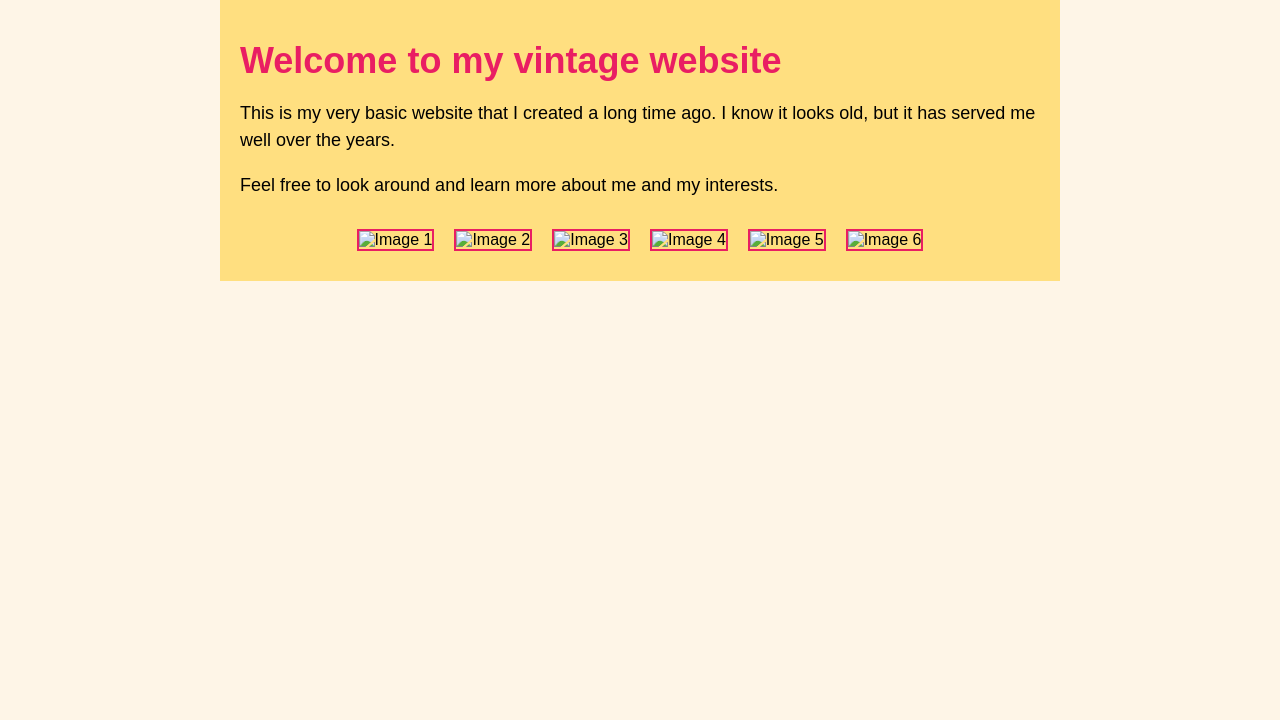
Repository: RennarDeer/RenDev
Page: index.html
An editor plug-in stored every save of this project. The page is shown before and after the next save, followed by the edit.
The browser window is 1280 px wide. The pictures show the whole page.

Above is the page before, as saved 2023-02-14 19:26:15.
Not found: placeholder-image.jpg

### index.html
<!DOCTYPE html>
<html>
<head>
	<title>My Vintage Website</title>
	<link rel="stylesheet" type="text/css" href="style.css">
</head>
<body>
	<div id="container">
		<div id="content">
			<h1>Welcome to my vintage website</h1>
			<p>This is my very basic website that I created a long time ago. I know it looks old, but it has served me well over the years.</p>
			<p>Feel free to look around and learn more about me and my interests.</p>
			<div class="image-gallery">
				<img src="placeholder-image.jpg" alt="Image 1">
				<img src="placeholder-image.jpg" alt="Image 2">
				<img src="placeholder-image.jpg" alt="Image 3">
				<img src="placeholder-image.jpg" alt="Image 4">
				<img src="placeholder-image.jpg" alt="Image 5">
				<img src="placeholder-image.jpg" alt="Image 6">
			</div>
		</div>
	</div>
</body>
</html>

### style.css
body {
	background-color: #fef5e7;
	font-family: Arial, sans-serif;
	margin: 0;
	padding: 0;
}

#container {
	margin: 0 auto;
	max-width: 800px;
	padding: 20px;
	background-color: #ffdf80;
}

#content {
	margin-top: 20px;
}

h1 {
	font-size: 36px;
	color: #e91e63;
	margin: 0;
}

p {
	font-size: 18px;
	line-height: 1.5;
}

.image-gallery {
	display: flex;
	flex-wrap: wrap;
	justify-content: center;
	margin-top: 20px;
}

.image-gallery img {
	margin: 10px;
	max-width: 300px;
	height: auto;
	border: 2px solid #e91e63;
}

After the next save:
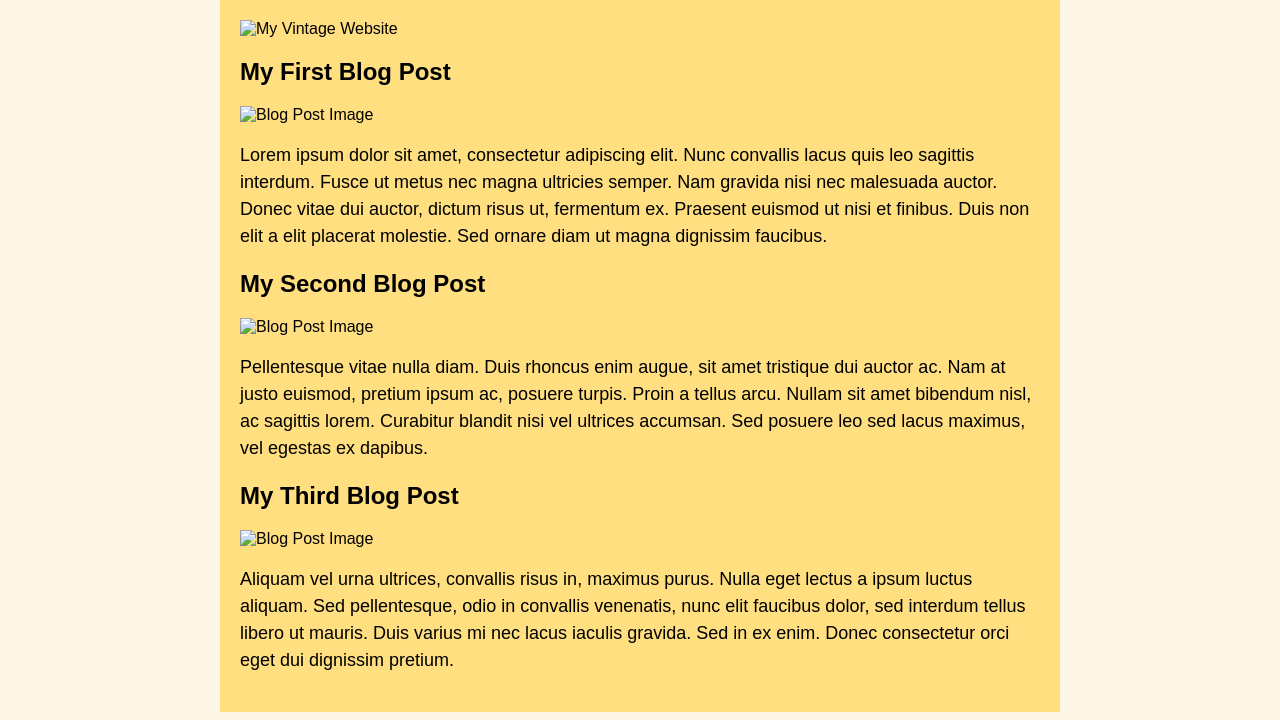
Saved 4 min 51 s later.
--- a/index.html
+++ b/index.html
@@ -6,17 +6,22 @@
 </head>
 <body>
 	<div id="container">
+		<img src="placeholder-image.jpg" alt="My Vintage Website" class="logo">
 		<div id="content">
-			<h1>Welcome to my vintage website</h1>
-			<p>This is my very basic website that I created a long time ago. I know it looks old, but it has served me well over the years.</p>
-			<p>Feel free to look around and learn more about me and my interests.</p>
-			<div class="image-gallery">
-				<img src="placeholder-image.jpg" alt="Image 1">
-				<img src="placeholder-image.jpg" alt="Image 2">
-				<img src="placeholder-image.jpg" alt="Image 3">
-				<img src="placeholder-image.jpg" alt="Image 4">
-				<img src="placeholder-image.jpg" alt="Image 5">
-				<img src="placeholder-image.jpg" alt="Image 6">
+			<div class="blog-post">
+				<h2>My First Blog Post</h2>
+				<img src="placeholder-image.jpg" alt="Blog Post Image">
+				<p>Lorem ipsum dolor sit amet, consectetur adipiscing elit. Nunc convallis lacus quis leo sagittis interdum. Fusce ut metus nec magna ultricies semper. Nam gravida nisi nec malesuada auctor. Donec vitae dui auctor, dictum risus ut, fermentum ex. Praesent euismod ut nisi et finibus. Duis non elit a elit placerat molestie. Sed ornare diam ut magna dignissim faucibus.</p>
+			</div>
+			<div class="blog-post">
+				<h2>My Second Blog Post</h2>
+				<img src="placeholder-image.jpg" alt="Blog Post Image">
+				<p>Pellentesque vitae nulla diam. Duis rhoncus enim augue, sit amet tristique dui auctor ac. Nam at justo euismod, pretium ipsum ac, posuere turpis. Proin a tellus arcu. Nullam sit amet bibendum nisl, ac sagittis lorem. Curabitur blandit nisi vel ultrices accumsan. Sed posuere leo sed lacus maximus, vel egestas ex dapibus.</p>
+			</div>
+			<div class="blog-post">
+				<h2>My Third Blog Post</h2>
+				<img src="placeholder-image.jpg" alt="Blog Post Image">
+				<p>Aliquam vel urna ultrices, convallis risus in, maximus purus. Nulla eget lectus a ipsum luctus aliquam. Sed pellentesque, odio in convallis venenatis, nunc elit faucibus dolor, sed interdum tellus libero ut mauris. Duis varius mi nec lacus iaculis gravida. Sed in ex enim. Donec consectetur orci eget dui dignissim pretium. </p>
 			</div>
 		</div>
 	</div>
